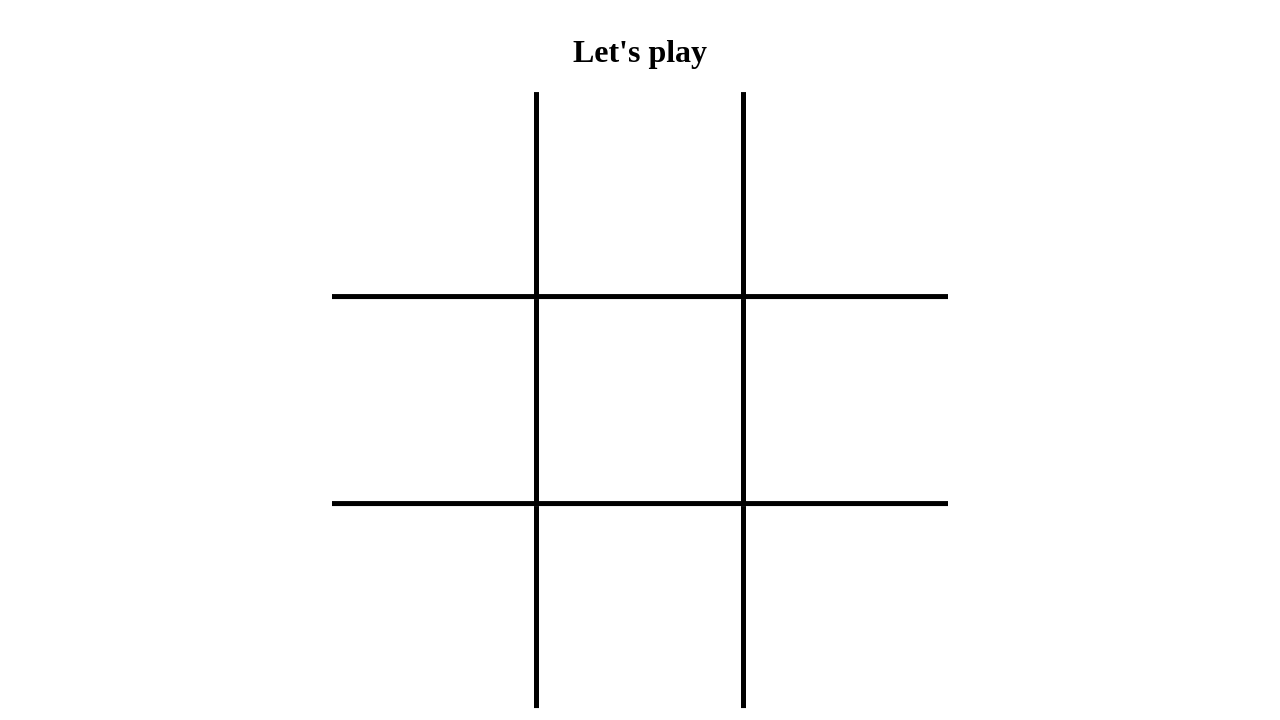
Repository: anas-essaguiar/epita.advancedWeb
Page: tictatoe/index.html
These files come from the project's save history. The page is drawn as it stood at one moment and after the next save; the edit follows.
The browser window is 1280 px wide. The pictures show the whole page.

Above is the page before, as saved 2021-04-14 15:26:30.

After the next save:
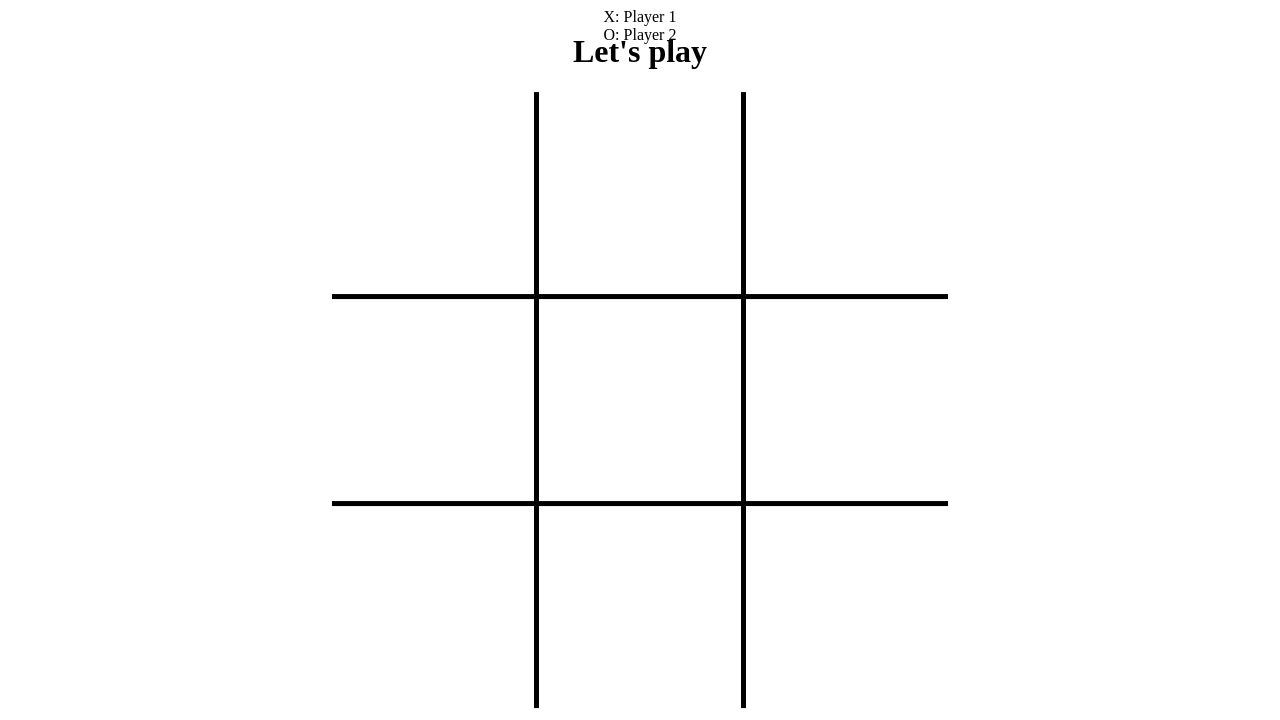
Saved 9 min 43 s later.
--- a/tictatoe/index.html
+++ b/tictatoe/index.html
@@ -28,8 +28,9 @@
             </tr>
         </table>
     </div>
-    <div class="left">
-
+    <div id="players">
+        <div class="player active"><span>X</span>: <span>Player 1</span></div>
+        <div class="player"><span>O</span>: <span>Player 2</span></div>
     </div>
 
 </body>
